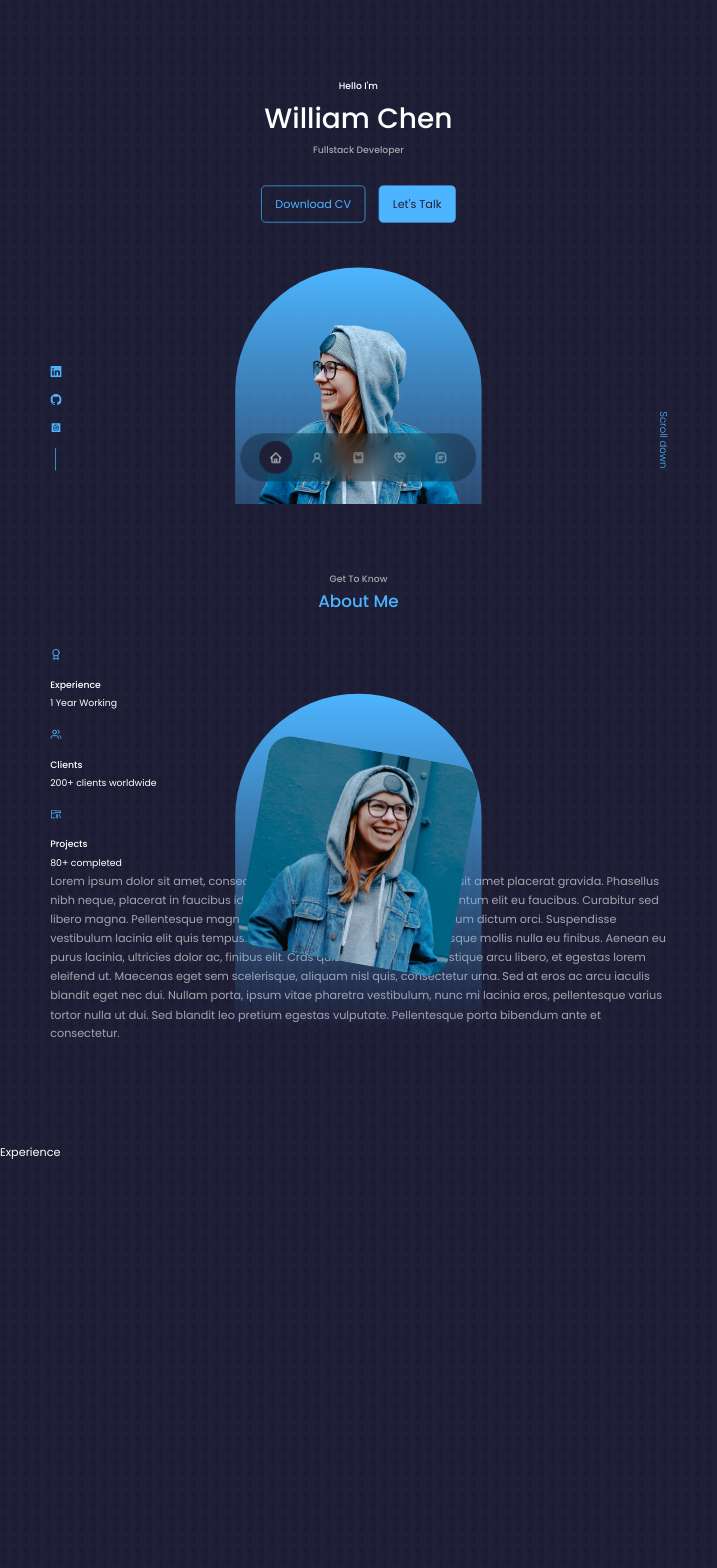
Repository: smallchungus/resumeWebsite
Page: / (app in hello/)
An editor plug-in stored every save of this project. The page is shown before and after the next save, followed by the edit.
The browser window is 1024 px wide. The pictures show the part of the page from y = 0 to 2240 px (the page is 5643 px tall), at 70% of full size.
The project was rebuilt for these pictures with package versions that can differ from the ones it lists, and the page was loaded fresh each time. Also part of the build but not shown: hello/src/components/experience/experience.css, hello/src/components/portfolio/portfolio.css, hello/src/components/contact/contact.css, hello/src/components/footer/footer.css. Imported but missing from the stored project, and not drawn on this page: hello/src/assets/cv.pdf.

Above is the page before, as saved 2023-03-23 18:12:14.

### hello/public/index.html
<!DOCTYPE html>
<html lang="en">

<head>
    <meta charset="UTF-8">
    <meta http-equiv="X-UA-Compatible" content="IE=edge">
    <meta name="viewport" content="width-device-width, initial-scale=1.0">
    <title>Resume Portfolio Website</title>
</head>
<body>
    <div id="root"></div>
</body>
</html>

### hello/src/App.jsx
import React from 'react'
import Header from './components/header/Header'
import Nav from './components/nav/Nav'
import About from './components/about/About'
import Experience from './components/experience/Experience'
import Services from './components/services/Services'
import Portfolio from './components/portfolio/Portfolio'
import Testimonial from './components/testimonial/Testimonial'
import Contact from './components/contact/Contact'
import Footer from './components/footer/Footer'

const App = () => {
  return (
    <>
    <Header />
    <Nav />
    <About />
    <Experience />
    <Services />
    <Portfolio />
    <Testimonial />
    <Contact />
    <Footer />
    </>
  )
}

export default App

### hello/src/index.css
@import url('https://fonts.googleapis.com/css2?family=Poppins:wght@300;400;500;600&display=swap');

*{
    margin: 0;
    padding: 0;
    border :0;
    outline: 0;
    box-sizing: border-box;
    list-style: none;
    text-decoration: none;

}

:root {
    --color-bg: #1f1f38;
    --color-bg-variant: #2c2c6c;
    --color-primary: #4db5ff;
    --color-primary-variant: rgba(77, 181, 255, 0.4);
    --color-white: #fff;
    --color-light: rgba(255,255,255,0.6);

    --transition: all 400ms ease;

    --container-width-lg: 75%;
    --container-width-md: 86%;
    --container-width-sm: 90%;

}

html{
    scroll-behavior: smooth;
}

body{
    font-family: 'Poppins', sans-serif;
    background: var(--color-bg);
    color: var(--color-white);
    line-height: 1.7;
    background-image: url(../src/assets/bg-texture.png)
}

/* ======================= General Styles =================*/

.container{
    width: var(--container-width-lg);
    margin: 0 auto;
}

h1,h2,h3,h4,h5{
    font-weight: 500;
}

h1{
    font-size:2.5rem;

}

section {
    margin-top: 8rem;
    height: 100vh;
}

section > h2, section > h5 {
    text-align: center;
    color: var(--color-light);
}

section > h2 {
    color: var(--color-primary);
    margin-bottom: 3rem;
}

.text-light{
    color:var(--color-light);
}

a{
    color: var(--color-primary);
    transition: var(--transition);
}

a:hover{
    color: var(--color-white);
}

.btn{
    width: max-content;
    display: inline-block;
    color: var(--color-primary);
    padding: 0.75rem 1.2rem;
    border-radius: 0.4rem;
    cursor: pointer;
    border: 1px solid var(--color-primary);
    transition: var( --transition );
}

.btn:hover{
    background: var(--color-white);
    color: var(--color-bg);
    border-color: transparent;
}

.btn-primary{
    background: var(--color-primary);
    color: var(--color-bg);
}

img{
    display: block;
    width: 100%;
    object-fit: cover;
}


/*==================Media Queries (Medium Devices ) ============= */
@media screen and (max-width: 1024px) {
    .container{
        width: var(--container-width-md);
    }

    section{
        margin-top: 6rem;
    }
}

/*==================Media Queries (Small Devices ) ============= */
@media screen and (max-width: 600px) {
    .container{
        width: var(--container-width-sm);
    }

    section > h2{
        margin-top: 2rem;
    }
}

### hello/src/components/header/Header.jsx
import React from 'react'
import './header.css'
import CTA from './CTA'
import ME from '../../assets/me.png'
import HeaderSocials from './HeaderSocials'
const Header = () => {
  return (
    <header>
      <div className="container header_container">
        <h5>Hello I'm</h5>
        <h1>William Chen</h1>
        <h5 className='text-light'>Fullstack Developer</h5>
        <CTA />
        <HeaderSocials/>

        <div className="me">
          <img src={ME} alt="me" />
        </div>

        <a href='#contact' className='scroll_down'>Scroll down</a>
      </div>
    </header>
  )
}

export default Header

### hello/src/components/nav/Nav.jsx
import React from 'react'
import './nav.css'
import {AiOutlineHome} from 'react-icons/ai'
import {AiOutlineUser}  from 'react-icons/ai'
import {BiBook} from 'react-icons/bi'
import {RiServiceLine} from 'react-icons/ri'
import {BiMessageSquareDetail} from 'react-icons/bi'
import {useState} from 'react'

const Nav = () => {
  const[activeNav, setActiveNav] = useState('#');
  return (
    <nav>
      <a href="#" onClick={() => setActiveNav('#')} className={activeNav === '#' ? 'active' : ''}><AiOutlineHome/></a>
      <a href="#about" onClick={() => setActiveNav('#about')} className={activeNav === '#about' ? 'active' : ''}><AiOutlineUser/></a>
      <a href="#experience" onClick={() => setActiveNav('#experience')} className={activeNav === '#experience' ? 'active' : ''}><BiBook/></a>
      <a href="#services" onClick={() => setActiveNav('#services')} className={activeNav === '#services' ? 'active' : ''}><RiServiceLine/></a>
      <a href="#contact" onClick={() => setActiveNav('#contact')} className={activeNav === '#contact' ? 'active' : ''}><BiMessageSquareDetail/></a>
    </nav>
  )
}

export default Nav

### hello/src/components/about/About.jsx
import React from 'react'
import './about.css'
import ME from '../../assets/me-about.jpg'
import {FiAward} from 'react-icons/fi'
import {FiUsers} from 'react-icons/fi'
import {VscFolderLibrary} from 'react-icons/vsc'

const About = () => {
  return (
    <section id='about'>
      <h5>Get To Know </h5>
      <h2>About Me</h2>

      <div className="container about_container">
        <div className="about me" >
          <div className="about_me-image">
          <img src={ME} alt="About Image" />
          </div>
        </div>

        <div className="about_content">
          <div className="about_cards">
            <article classNane="about_card">
              <FiAward className='about_icon'/>
              <h5>Experience</h5>
              <small>1 Year Working</small>
            </article>

            <article classNane="about_card">
              <FiUsers className='about_icon'/>
              <h5>Clients</h5>
              <small>200+ clients worldwide</small>
            </article>

            <article classNane="about_card">
              <VscFolderLibrary className='about_icon'/>
              <h5>Projects</h5>
              <small>80+ completed</small>
            </article>
          </div>

          <p>
          Lorem ipsum dolor sit amet, consectetur adipiscing elit. Etiam lacinia nisl sit amet placerat gravida. Phasellus nibh neque, placerat in faucibus
          id, eleifend id dui. Nunc ultrices condimentum elit eu faucibus. Curabitur sed libero magna. Pellentesque magna dui, egestas sed turpis
          sit amet, pretium dictum orci. Suspendisse vestibulum lacinia elit quis tempus. Integer at enim velit. Aenean scelerisque mollis nulla eu finibus. Aenean eu purus lacinia, ultricies dolor ac, finibus elit.
          Cras quis molestie ante. In tristique arcu libero, et egestas lorem eleifend ut. Maecenas eget sem scelerisque, aliquam nisl quis, consectetur urna. Sed at eros ac arcu iaculis blandit eget nec dui. Nullam porta,
          ipsum vitae pharetra vestibulum, nunc mi lacinia eros, pellentesque varius tortor nulla ut dui. Sed blandit leo pretium egestas vulputate. Pellentesque porta bibendum ante et consectetur.



          </p>


        </div>

      </div>

    </section>
  )
}

export default About

### hello/src/components/experience/Experience.jsx
import React from 'react'
import './experience.css'
const Experience = () => {
  return (
    <section id='experience'>Experience</section>
  )
}

export default Experience

### hello/src/components/portfolio/Portfolio.jsx
import React from 'react'
import './portfolio.css'


const Portfolio = () => {
  return (
    < section id='portfolio'>Portfolio</section>
  )
}

export default Portfolio

### hello/src/components/testimonial/Testimonial.jsx
import React from 'react'
import './testimonial.css'
const Testimonial = () => {
  return (
    <section id='testimonials'>Testimonial</section>
  )
}

export default Testimonial

### hello/src/components/contact/Contact.jsx
import React from 'react'
import './contact.css'
const Contact = () => {
  return (
    <section id='contact'>Contact</section>
  )
}

export default Contact

### hello/src/components/header/header.css
header {
    height: 100vh;
    padding-top: 7rem;
    overflow: hidden;
}

.header_container{
    text-align: center;
    height: 100%;
    position: relative;
}

/*========================= CTA ======================= */
.cta {
    margin-top: 2.5rem;
    display: flex;
    gap: 1.2rem;
    justify-content: center;

}

/* ======================= Header Socials ==================== */
.header_socials {
    display: flex;
    flex-direction: column;
    align-items: center;
    gap: 0.8rem;
    position: absolute;
    left: 0;
    bottom: 3rem;

}

.header_socials::after{
    content: '';
    width: 1px;
    height: 2rem;
    background: var(--color-primary);
}

/* ===================== ME ==================*/

.me{
    background: linear-gradient(var(--color-primary), transparent);
    width: 22rem;
    height: 30rem;
    position: absolute;
    left: calc(50% - 11rem);
    margin-top: 4rem;
    border-radius: 12rem 12rem 0 0;
    overflow: hidden;
    padding: 5rem 1.5rem 1.5rem 1.5rem;

}

.scroll_down {
    position: absolute;
    right: -2.3rem;
    bottom: 5rem;
    transform: rotate(90deg);
    font-weight: 300;
    font-size: 0.9rem;
}

@media screen and (max-width: 600px) {
    header {
        height: 100vh;
    }
}

@media screen and (max-width: 600px)
{
    header {
        height: 100vh;
    }

    .header_socials, .scroll_down{
        display: none;
    }
}

### hello/src/components/header/CTA.jsx
import React from 'react'
import CV from '../../assets/cv.pdf'
const CTA = () => {
  return (
    <div className ='cta'>
        <a href={CV} download className='btn'>Download CV</a>
        <a href="#contact" className='btn btn-primary'>Let's Talk</a>
    </div>
  )
}

export default CTA

### hello/src/components/header/HeaderSocials.jsx
import React from 'react'
import {BsLinkedin} from 'react-icons/bs'
import {BsGithub} from 'react-icons/bs'
import {AiFillDribbbleSquare} from 'react-icons/ai'
const HeaderSocials = () => {
  return (
    <div className='header_socials'>
        <a href="https://linkedin.com/willchenn" target="_blank"><BsLinkedin></BsLinkedin></a>
        <a href="https://github.com/smallchungus" target="_blank"><BsGithub></BsGithub></a>
        <a href="https://dribble.com/" target="_blank"><AiFillDribbbleSquare></AiFillDribbbleSquare></a>
        </div>
  )
}

export default HeaderSocials

### hello/src/components/nav/nav.css
nav {
    background: rgba(0, 0, 0, 0.3);
    width: max-content;
    display: block;
    padding: 0.7rem 1.7rem;
    z-index: 2;
    position: fixed;
    left: 50%;
    transform: translateX(-50%);
    bottom: 2rem;
    display: flex;
    gap: 0.8rem;
    border-radius: 3rem;
    backdrop-filter: blur(15px);
}

nav a{
    background: transparent;
    padding: 0.9rem;
    border-radius: 50%;
    display: flex;
    color: var(--color-light);
    font-size: 1.1rem;
}

nav a:hover{
    background: rgba(0,0,0,0.3);
}

nav a.active {
    background: var(--color-bg);
    color: var(--color-white);
}

### hello/src/components/about/about.css
.about_container {
    display: grid;
    grid-template-columns: 35% 50%;
    gap: 15%;
}

.about_me {
    width: 100%;
    aspect-ratio: 1/1;
    border-radius: 2rem;
    background: linear-gradient(
        45deg,
        transparent,
        var(--color-primary),
        transparent
    );
    display: grid;
    place-items: center;
}

.about_me-image{
    border-radius: 2rem;
    overflow: hidden;
    transform: rotate(10deg);
    transition: var(--transition);

}

.about_me-image:hover{
    transform: rotate(0);
}

.about_cards{
    display: grid;
    grid-template-columns: repeat(3, lfr);
    gap: 1.5rem;
}

.about_card {
    background: var(--color-bg-variant);
    border: 1px solid transparent;
    border-radius: 1rem;
    padding: 2rem;
    text-align: center;
    transition: var(--transition);
}

.about_card:hover {
    background: transparent;
    border-color: var(--color-primary-variant);
    cursor: default;
}

.about_icon {
    color: var(--color-primary);
    font-size: 1.4 rem;
    margin-bottom: 1rem;
}

.about_card h5 {
    font-size: 0.95rem;
}

.about_card small {
    font-size: 0.7 rem;
    color: var(--color-light);
}

.about_content p {
    margin: 2rem 0 2.6 rem;
    color: var(--color-light);
}

@media screen and (max-width: 1024px) {
    .about_container {
        grid-template-columns: 1fr;
        gap: 0;
    }

    .about_me {
        width: 50%;
        margin: 2rem auto 4rem;
    }

    .about_content p{

    }
}

@media screen and (max-width: 600px )
{

}

Loaded but not shown: hello/src/index.js (common file); hello/src/components/services/Services.jsx (common file); hello/src/components/footer/Footer.jsx (common file); hello/src/components/services/services.css (no stored copy; drawn as an empty file); hello/src/components/testimonial/testimonial.css (no stored copy; drawn as an empty file)

After the next save:
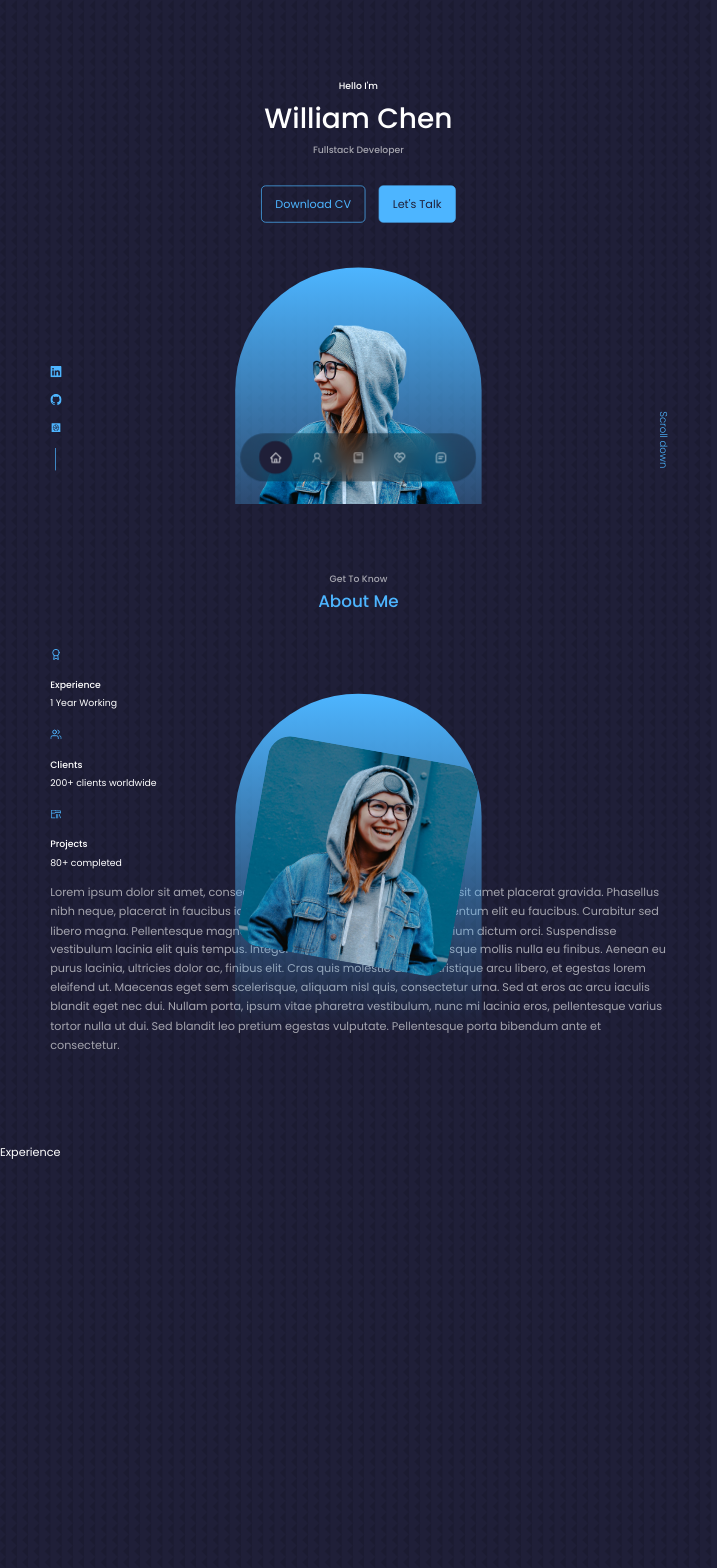
Saved 5 s later.
--- a/hello/src/components/about/about.css
+++ b/hello/src/components/about/about.css
@@ -83,7 +83,7 @@
     }
 
     .about_content p{
-
+        margin: 1rem 0 1.5rem;
     }
 }
 
